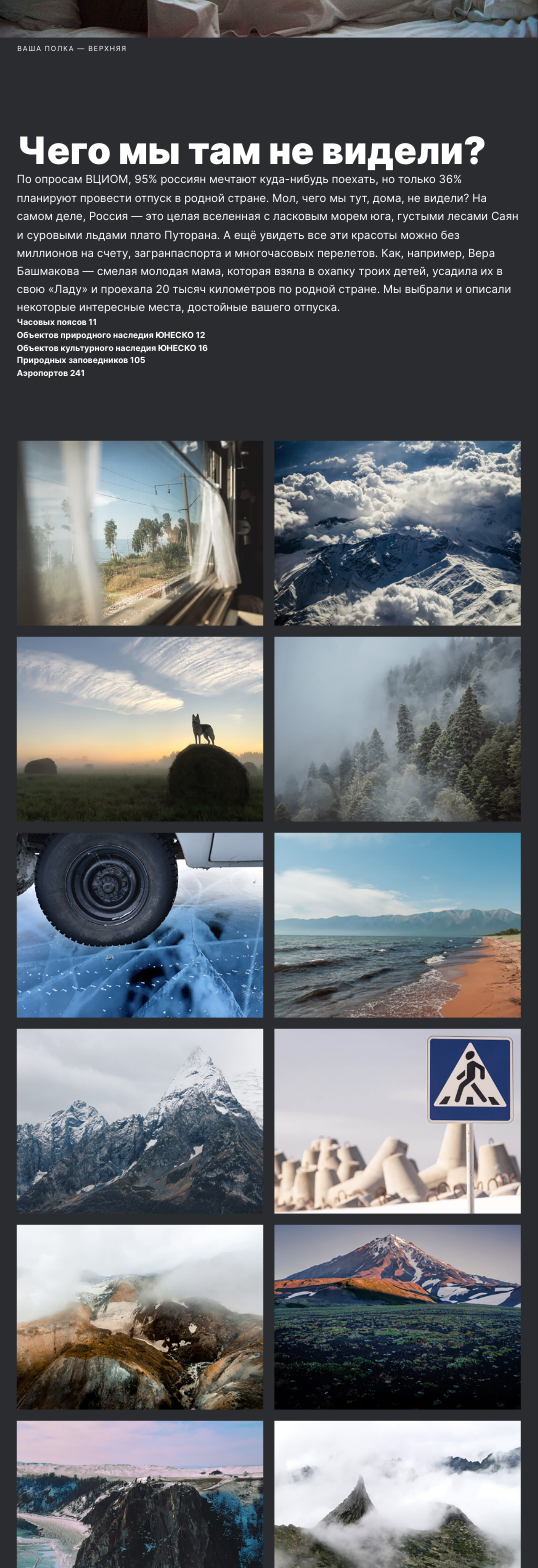
Repository: artemrgrs/russian-travel
Page: index.html
An editor plug-in stored every save of this project. The page is shown before and after the next save, followed by the edit.
The browser window is 768 px wide. The pictures show the part of the page from y = 914 to 3154 px (the page is 6889 px tall before and 6929 px after), at 70% of full size.

Above is the page before, as saved 2021-02-05 13:55:35.

After the next save:
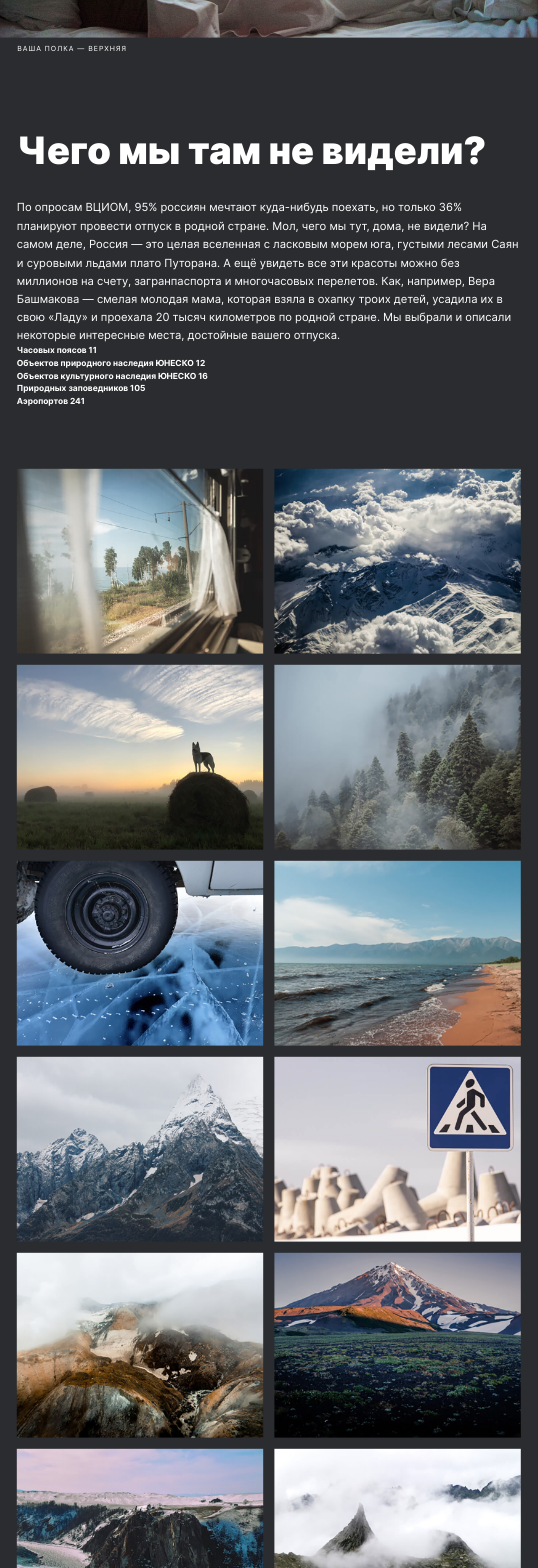
Saved 85 s later.
--- a/blocks/intro/__text/intro__text.css
+++ b/blocks/intro/__text/intro__text.css
@@ -12,7 +12,7 @@
 
 @media screen and (max-width: 1023px) {
     .intro__text {
-       margin: 0 auto;
+       margin: 40px auto 0;
        max-width: 720px;
     }
 }
